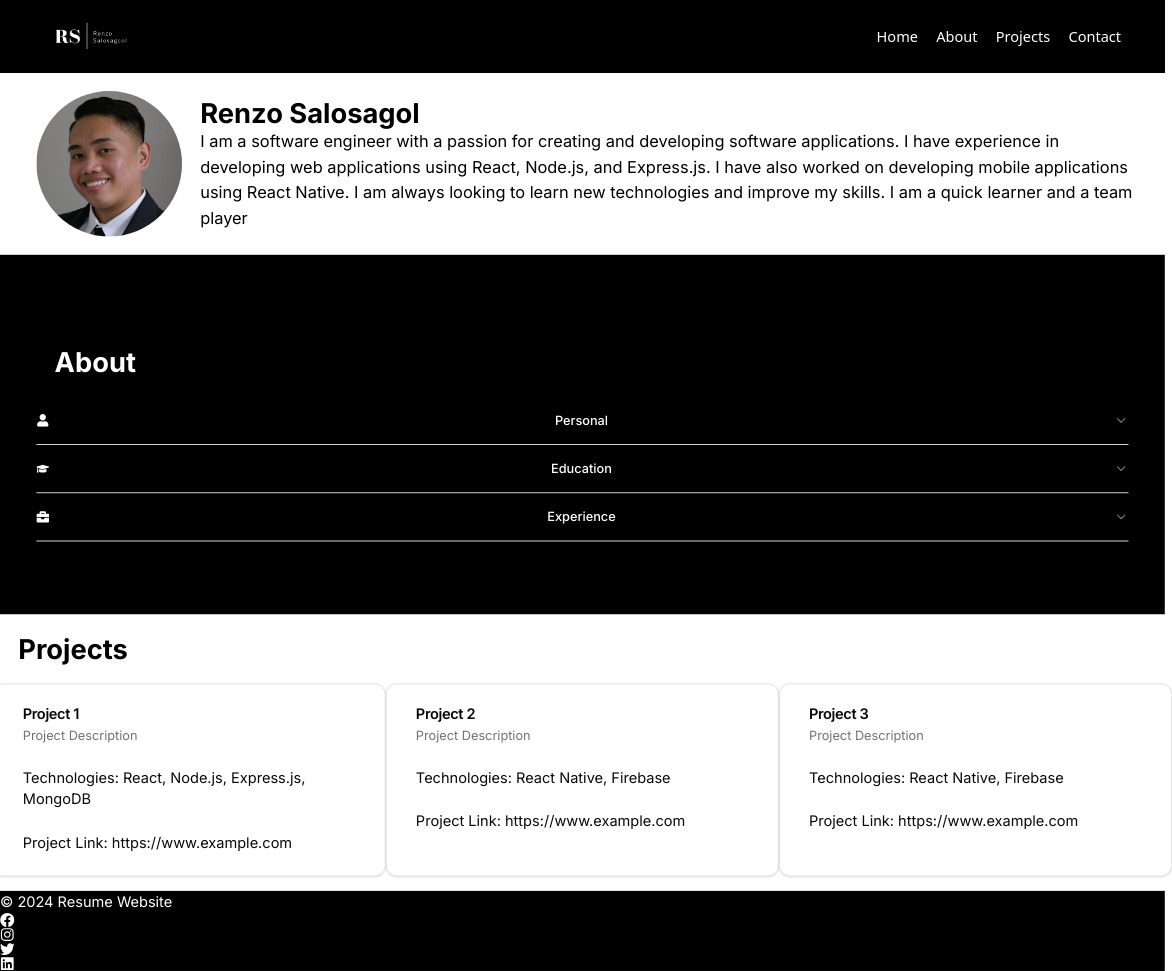
Repository: Renzo-Salosagcol/Portfolio-Website
Page: / (app in resume_website/)
These files come from the project's save history. The page is drawn as it stood at one moment and after the next save; the edit follows.
The browser window is 1280 px wide. The page is 1288 px wide, so the pictures cover 1288 px, including what lies to the right of the window. The pictures show the whole page, at 91% of full size.
The project was rebuilt for these pictures with package versions that can differ from the ones it lists, and the page was loaded fresh each time. Also part of the build but not shown: resume_website/vite.config.js.

Above is the page before, as saved 2024-12-11 15:57:49.

After the next save:
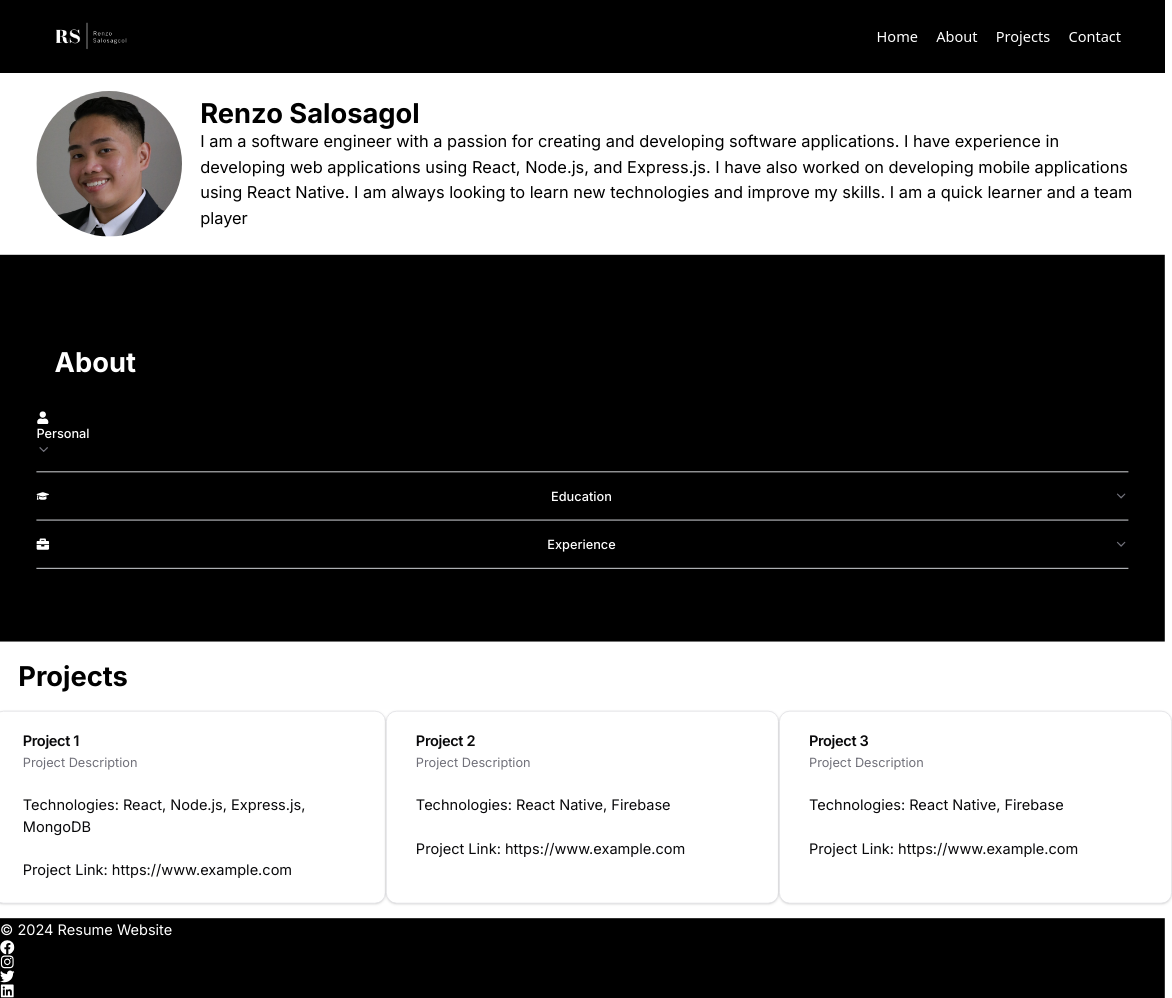
Saved 28 s later.
--- a/resume_website/src/components/about.jsx
+++ b/resume_website/src/components/about.jsx
@@ -14,7 +14,7 @@
       <h1 className="text-3xl font-bold p-5">About</h1>
       <Accordion type="multiple" collapsible className="w-full">
         <AccordionItem value="item-1">
-          <AccordionTrigger><FaUser /><div>Personal</div></AccordionTrigger>
+          <AccordionTrigger className="inline"><FaUser /><div>Personal</div></AccordionTrigger>
           <AccordionContent>
             <div>{ PERSONAL_INFO }</div>
           </AccordionContent>

After the save that followed:
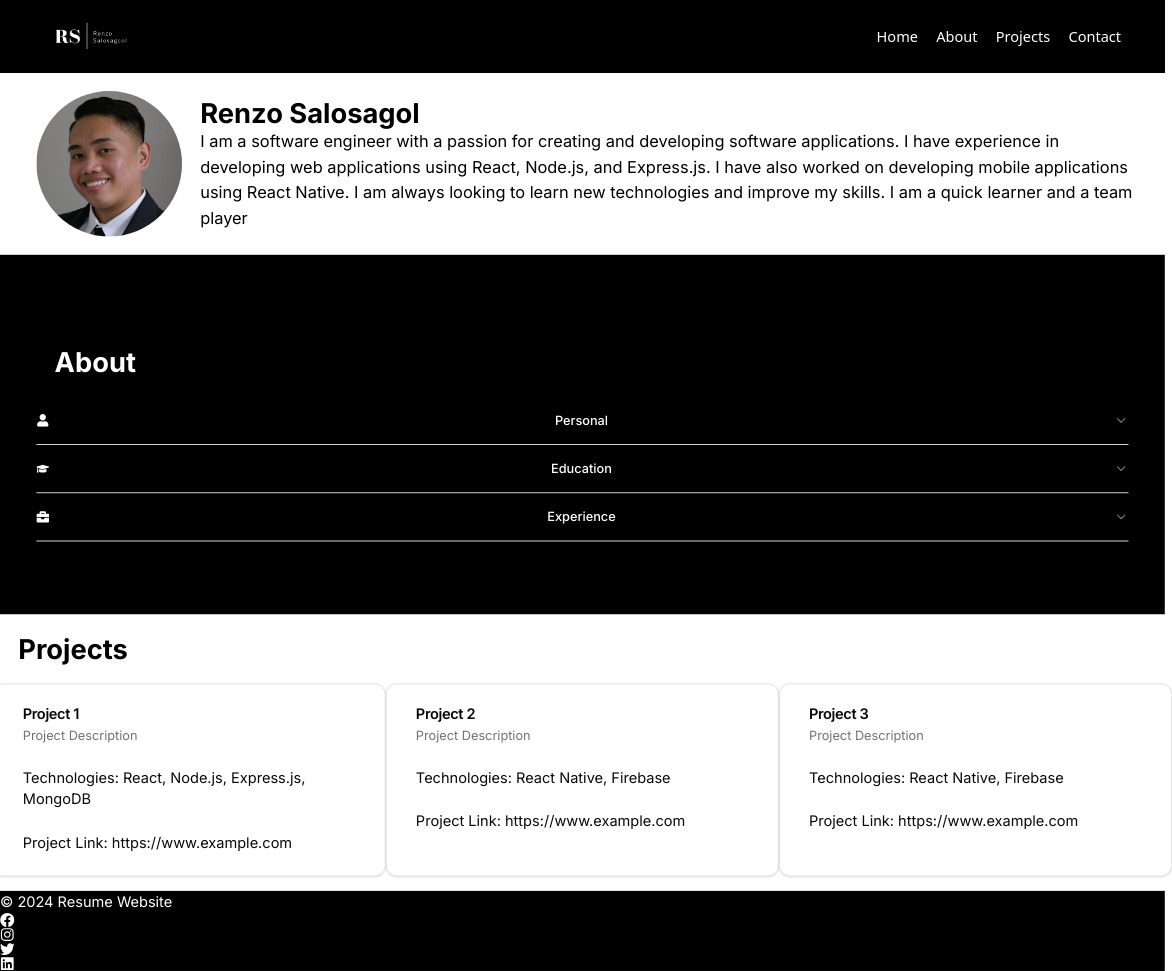
Saved 7 s later.
--- a/resume_website/src/components/about.jsx
+++ b/resume_website/src/components/about.jsx
@@ -14,7 +14,7 @@
       <h1 className="text-3xl font-bold p-5">About</h1>
       <Accordion type="multiple" collapsible className="w-full">
         <AccordionItem value="item-1">
-          <AccordionTrigger className="inline"><FaUser /><div>Personal</div></AccordionTrigger>
+          <AccordionTrigger className="inline-flex"><FaUser /><div>Personal</div></AccordionTrigger>
           <AccordionContent>
             <div>{ PERSONAL_INFO }</div>
           </AccordionContent>
